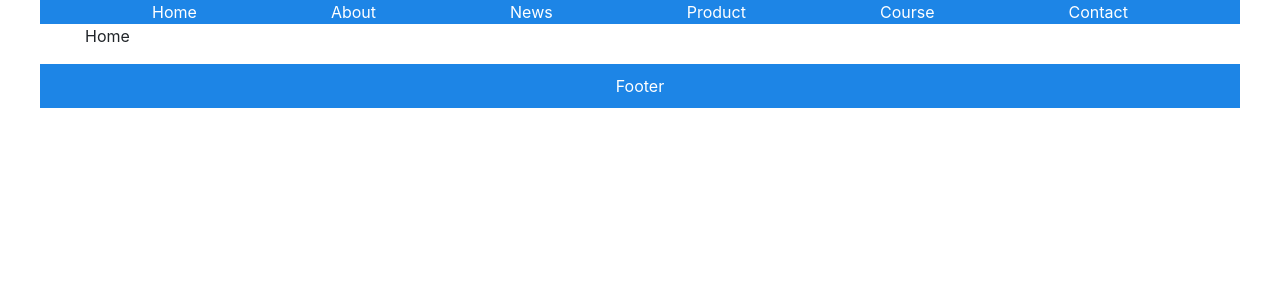
Repository: LmHoangg/php_master_unt
Page: http://localhost/?page=home
These files come from the project's save history. The page is drawn as it stood at one moment and after the next save; the edit follows.
The browser window is 1280 px wide. The pictures show the whole page.
The page is run by PHP 8.4 with error messages shown; the project is at /var/www/html/.

Above is the page before, as saved 2021-11-17 13:34:25.

### index.php
<?php
    // require('data/users.php');
    // require('lib/template.php');
    // get_header();
?>

<?php
    $page = !empty($_GET['page']) ? $_GET['page'] : 'home';
    $path = "pages/{$page}.php";
    if(file_exists($path)){
        require $path;
    }else{
        require 'inc/404.php';
    }
?>
<?php
    // get_footer();
?>

### pages/home.php
<?php
    require 'lib/template.php';
    get_header();
?>
<div id="content">
    <div class="container">
        <div class="row">
            <div class="col-md-12">
                <p>Home</p>
            </div>
        </div>
    </div>
</div>
<?php
    get_footer();
?>

### lib/template.php
<?php
    function get_header(){
        $path_header = 'inc/header.php';
        if(file_exists($path_header)){
            require $path_header;
        }else{
            echo "Not Found Header";
        }

    };
    function get_footer(){
        $path_footer = 'inc/footer.php';
        if(file_exists($path_footer)){
            require $path_footer;
        }else{
            echo "Not Found Footer";
        }
    }
?>

### inc/header.php
<html>

<head>
    <title>Users Manager Basic</title>
    <meta name="viewport" content="width=device-width" />
    <link rel="stylesheet" href="public/css/reset.css" />
    <link rel="stylesheet" href="public/css/bootstrap.min.css" />
    <link rel="stylesheet" href="public/css/style.css" />
</head>


<body>
    <div id="wrapper">
        <div id="header">
            <div class="container">
                <div class="row">
                    <div class="col-md-12">
                        <ul id="main-menu">
                            <li><a href="?page=home">Home</a></li>
                            <li><a href="?page=about">About</a></li>
                            <li><a href="?page=news">News</a></li>
                            <li><a href="?page=product">Product</a></li>
                            <li><a href="?page=course">Course</a></li>
                            <li><a href="?page=contact">Contact</a></li>
                        </ul>
                    </div>

                </div>

            </div>

        </div>
        <!-- end header -->

### inc/footer.php
<div id="footer">
    <div class="container">
        <div class="row">
            <div class="col-md-12">
                <p>Footer</p>
            </div>
        </div>
    </div>
</div>
<!-- end footer -->
</div>
</body>

</html>

### public/css/style.css
#wrapper {
  max-width: 1200px;
  margin: 0 auto;
}
#header,
#footer {
  background-color: rgb(29, 133, 230);
  color: #fff;
  text-align: center;
}
#header ul#main-menu {
  list-style: none;
  display: flex;
  margin: 0;
  justify-content: space-around;
  align-items: center;
}
ul#main-menu a {
  color: #fff;
}
#footer p {
  padding: 10px 0;
  margin: 0;
}

Loaded but not shown: public/css/reset.css (common file); public/css/bootstrap.min.css (library)

After the next save:
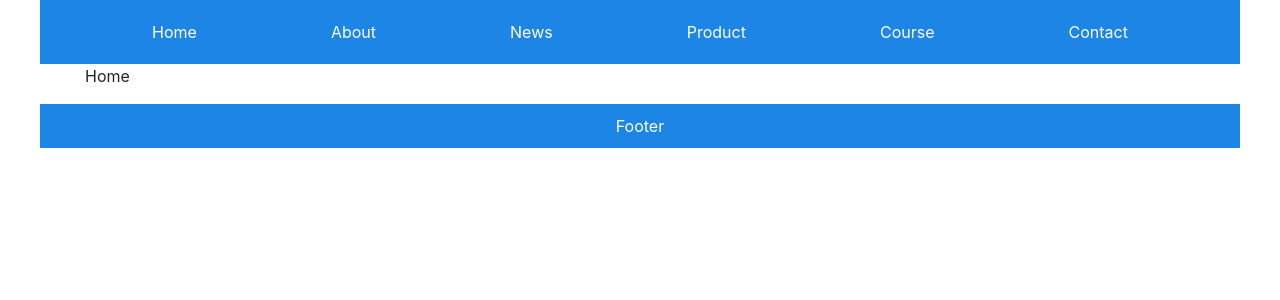
Saved 18 s later.
--- a/public/css/style.css
+++ b/public/css/style.css
@@ -14,6 +14,7 @@
   margin: 0;
   justify-content: space-around;
   align-items: center;
+  padding: 20px 0;
 }
 ul#main-menu a {
   color: #fff;
